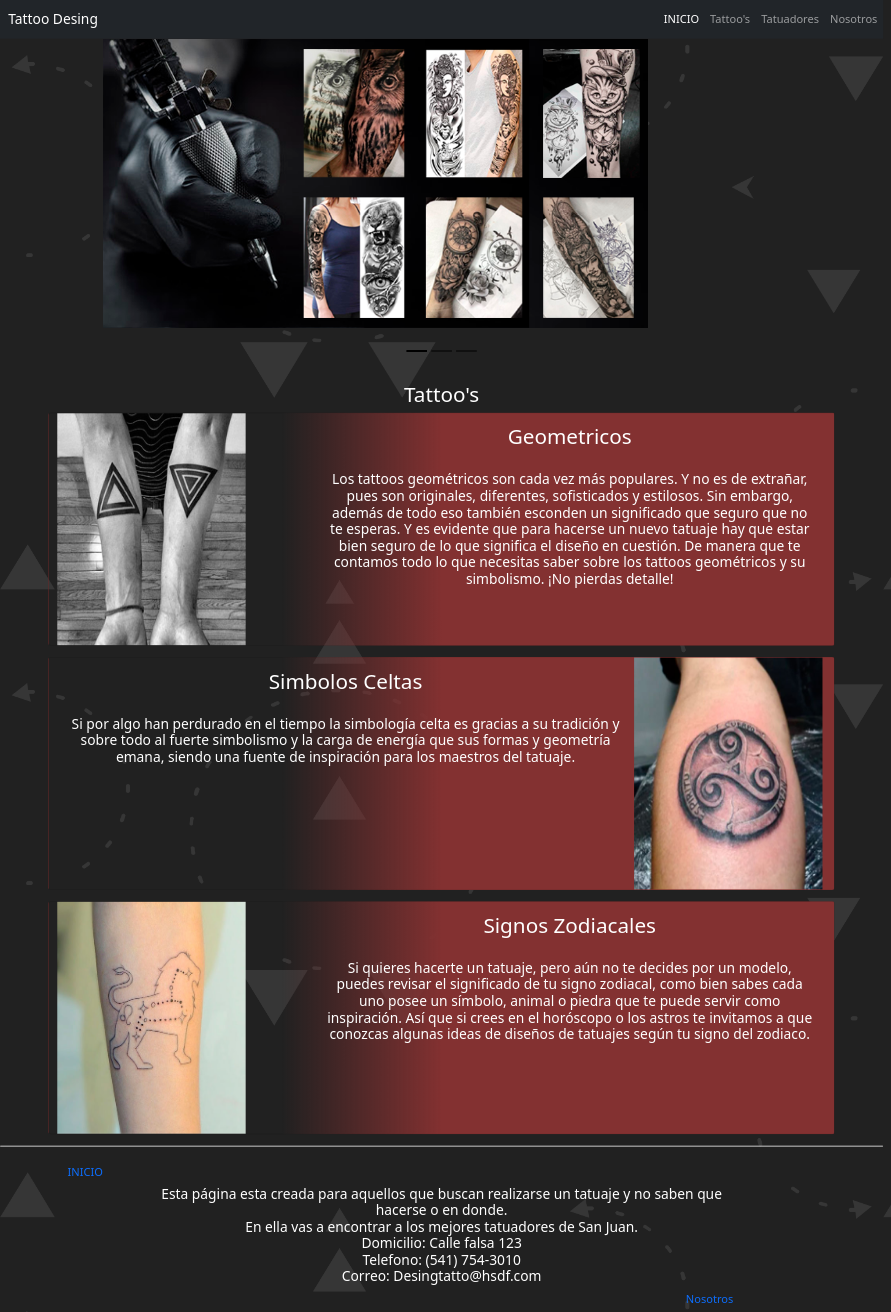
Repository: Vladimir-22/TatooDesign
Page: index.html
An editor plug-in stored every save of this project. The page is shown before and after the next save, followed by the edit.
The browser window is 1280 px wide. The page is 1292 px wide, so the pictures cover 1292 px, including what lies to the right of the window. The pictures show the whole page, at 69% of full size.
Some web libraries are served in a nearby version.

Above is the page before, as saved 2021-05-19 22:53:04.

### index.html
<!DOCTYPE html>
<html lang="es">
  <head>
    <meta charset="UTF-8" />
    <meta http-equiv="X-UA-Compatible" content="IE=edge" />
    <meta name="viewport" content="width=device-width, initial-scale=1.0" />
    <link
      href="https://cdn.jsdelivr.net/npm/bootstrap@5.0.0-beta3/dist/css/bootstrap.min.css"
      rel="stylesheet"
      integrity="sha384-eOJMYsd53ii+scO/bJGFsiCZc+5NDVN2yr8+0RDqr0Ql0h+rP48ckxlpbzKgwra6"
      crossorigin="anonymous"
    />
    <script
      src="https://cdn.jsdelivr.net/npm/bootstrap@5.0.0-beta3/dist/js/bootstrap.bundle.min.js"
      integrity="sha384-JEW9xMcG8R+pH31jmWH6WWP0WintQrMb4s7ZOdauHnUtxwoG2vI5DkLtS3qm9Ekf"
      crossorigin="anonymous"
    ></script>
    <script
      src="https://cdn.jsdelivr.net/npm/bootstrap@5.0.0-beta3/dist/js/bootstrap.bundle.min.js"
      integrity="sha384-JEW9xMcG8R+pH31jmWH6WWP0WintQrMb4s7ZOdauHnUtxwoG2vI5DkLtS3qm9Ekf"
      crossorigin="anonymous"
    ></script>
    <script
      src="https://cdn.jsdelivr.net/npm/@popperjs/core@2.9.1/dist/umd/popper.min.js"
      integrity="sha384-SR1sx49pcuLnqZUnnPwx6FCym0wLsk5JZuNx2bPPENzswTNFaQU1RDvt3wT4gWFG"
      crossorigin="anonymous"
    ></script>
    <script
      src="https://cdn.jsdelivr.net/npm/bootstrap@5.0.0-beta3/dist/js/bootstrap.min.js"
      integrity="sha384-j0CNLUeiqtyaRmlzUHCPZ+Gy5fQu0dQ6eZ/xAww941Ai1SxSY+0EQqNXNE6DZiVc"
      crossorigin="anonymous"
    ></script>
    <link
      rel="stylesheet"
      href="https://use.fontawesome.com/releases/v5.8.1/css/all.css"
      integrity="sha384-50oBUHEmvpQ+1lW4y57PTFmhCaXp0ML5d60M1M7uH2+nqUivzIebhndOJK28anvf"
      crossorigin="anonymous"
    />
    <link rel="stylesheet" href="css/styles.css" />
    <title>Tattoo Desing</title>
  </head>

  <body>
    <nav class="navbar navbar-expand-lg navbar-dark bg-dark">
      <div class="container-fluid">
        <!-- <i class="fas fa-bars"></i> -->

        <div class="col-md-9">
          <a class="navbar-brand" href="#">Tattoo Desing</a>

          <button
            class="navbar-toggler"
            type="button"
            data-bs-toggle="collapse"
            data-bs-target="#navbarNav"
            aria-controls="navbarNav"
            aria-expanded="false"
            aria-label="Toggle navigation"
          >
            <span class="navbar-toggler-icon"></span>
          </button>
        </div>

        <div class="col-md-3 collapse navbar-collapse" id="navbarNav">
          <ul class="navbar-nav">
            <li class="nav-item">
              <a class="nav-link active" aria-current="page" href="#">INICIO</a>
            </li>
            <li class="nav-item">
              <a class="nav-link" href="tattoo's.html">Tattoo's</a>
            </li>
            <li class="nav-item">
              <a class="nav-link" href="tatuadores.html">Tatuadores</a>
            </li>
            <li class="nav-item">
              <a
                class="nav-link"
                href="nosotros.html"
                tabindex="-1"
                aria-disabled="true"
                >Nosotros</a
              >
            </li>
          </ul>
        </div>
      </div>
    </nav>

    <div class="container">
      <div class="row" id="carrusel">
        <div
          id="carouselExampleDark"
          class="carousel carousel-dark slide"
          data-bs-ride="carousel"
        >
          <div class="carousel-indicators">
            <button
              type="button"
              data-bs-target="#carouselExampleDark"
              data-bs-slide-to="0"
              class="active"
              aria-current="true"
              aria-label="Slide 1"
            ></button>
            <button
              type="button"
              data-bs-target="#carouselExampleDark"
              data-bs-slide-to="1"
              aria-label="Slide 2"
            ></button>
            <button
              type="button"
              data-bs-target="#carouselExampleDark"
              data-bs-slide-to="2"
              aria-label="Slide 3"
            ></button>
          </div>

          <div class="carousel-inner">
            <div class="carousel-item active" data-bs-interval="10000">
              <img
                id="imgCarrusel"
                src="./Agos/Carrusel/trae-tu-diseño.png"
                class="d-block w-20"
                alt="..."
              />
              <!-- <div class="carousel-caption d-none d-md-block">
                            <h5>First slide label</h5>
                            <p>Some representative placeholder content for the first slide.</p>
                        </div> -->
            </div>
            <div class="carousel-item" data-bs-interval="4000">
              <img
                id="imgCarrusel"
                src="./Agos/Carrusel/Tendencias.png"
                class="d-block w-20"
                alt="..."
              />
              <!-- <div class="carousel-caption d-none d-md-block">
                            <h5>Second slide label</h5>
                            <p>Some representative placeholder content for the second slide.</p>
                        </div> -->
            </div>
            <div class="carousel-item" data-bs-interval="2000">
              <img
                id="imgCarrusel"
                src="./Agos/Carrusel/Tatuadores-banner.png"
                class="d-block w-20"
                alt="..."
              />
              <!-- <div class="carousel-caption d-none d-md-block">
                            <h5>Third slide label</h5>
                            <p>Some representative placeholder content for the third slide.</p>
                        </div> -->
            </div>
          </div>

          <!-- <button class="carousel-control-prev" type="button" data-bs-target="#carouselExampleDark" data-bs-slide="prev">
                  <span class="carousel-control-prev-icon" aria-hidden="true"></span>
                  <span class="visually-hidden">Previous</span>
                </button>
                <button class="carousel-control-next" type="button" data-bs-target="#carouselExampleDark" data-bs-slide="next">
                  <span class="carousel-control-next-icon" aria-hidden="true"></span>
                  <span class="visually-hidden">Next</span>
                </button> -->
        </div>
      </div>

      <div class="row section2 text-center">
        <h1>Tattoo's</h1>
      </div>

      <div class="row">
        <!-- <div class="card mb-3">
                <img src="./Pedro/Categorías - Signos Zodiacales/Simbolos Celtas.PNG" class="card-img-top" alt="...">
                <div class="card-body">
                    <h5 class="card-title">Card title</h5>
                    <p class="card-text">This is a wider card with supporting text below as a natural lead-in to additional content. This content is a little bit longer.</p>
                    <p class="card-text"><small class="text-muted">Last updated 3 mins ago</small></p>
                </div>
            </div> -->

        <div id="Geometricos" class="card mb-3" style="max-width: auto">
          <div class="row g-0">
            <div class="col-md-4">
              <img
                id="imagen"
                src="./Pedro/Categorías - descripcion inicio/Tatuajes Geometricos.jpg"
                alt="..."
              />
            </div>
            <div class="col-md-8">
              <div class="card-body">
                <h1 class="card-title">Geometricos</h1>
                <br />
                <h5 id="descrip-gral" class="card-text">
                  Los tattoos geométricos son cada vez más populares. Y no es de
                  extrañar, pues son originales, diferentes, sofisticados y
                  estilosos. Sin embargo, además de todo eso también esconden un
                  significado que seguro que no te esperas. Y es evidente que
                  para hacerse un nuevo tatuaje hay que estar bien seguro de lo
                  que significa el diseño en cuestión. De manera que te contamos
                  todo lo que necesitas saber sobre los tattoos geométricos y su
                  simbolismo. ¡No pierdas detalle!
                </h5>
                <!-- <p class="card-text"><small class="text-muted">Última actualización 3 minutos</small></p> -->
              </div>
            </div>
          </div>
        </div>

        <div id="Celtas" class="card mb-3" style="max-width: auto">
          <div class="row g-0">
            <div class="col-md-9">
              <div class="card-body">
                <h1 class="card-title">Simbolos Celtas</h1>
                <br />
                <h5 id="descrip-gral" class="card-text">
                  Si por algo han perdurado en el tiempo la simbología celta es
                  gracias a su tradición y sobre todo al fuerte simbolismo y la
                  carga de energía que sus formas y geometría emana, siendo una
                  fuente de inspiración para los maestros del tatuaje.
                </h5>
                <!-- <p class="card-text"><small class="text-muted">Última actualización 3 minutos</small></p> -->
              </div>
            </div>
            <div class="col-md-3">
              <img
                id="imagen"
                src="./Pedro/Categorías - descripcion inicio/Simbolos Celtas.jpg"
                alt="..."
              />
            </div>
          </div>
        </div>

        <div id="Zodiacales" class="card mb-3" style="max-width: auto">
          <div class="row g-0">
            <div class="col-md-4">
              <img
                id="imagen"
                src="./Pedro/Categorías - descripcion inicio/Signos Zodiacales.jpg"
                alt="..."
              />
            </div>
            <div class="col-md-8">
              <div class="card-body">
                <h1 class="card-title">Signos Zodiacales</h1>
                <br />
                <h5 id="descrip-gral" class="card-text">
                  Si quieres hacerte un tatuaje, pero aún no te decides por un
                  modelo, puedes revisar el significado de tu signo zodiacal,
                  como bien sabes cada uno posee un símbolo, animal o piedra que
                  te puede servir como inspiración. Así que si crees en el
                  horóscopo o los astros te invitamos a que conozcas algunas
                  ideas de diseños de tatuajes según tu signo del zodiaco.
                </h5>
                <!-- <p class="card-text"><small class="text-muted">Última actualización 3 minutos</small></p> -->
              </div>
            </div>
          </div>
        </div>
      </div>
    </div>
  </body>
  <footer>
    <div class="footer" id="footer">
      <div id="footer" class="card mb-3" style="auto"></div>
        <div class="container">
            <div class="row">
                <div class="col">
                        <a class="nav-link active" aria-current="page" href="#">INICIO</a>
                    </div>
                </div>
                <div class="col-md-2"></div>
            </div>
            <div class="row">
                <div class="col"></div>
                <div class="col-md-8">
                    <h5 id="descrip-gral" class="card-text">
                        Esta página esta creada para aquellos que buscan realizarse un
                        tatuaje y no saben que hacerse o en donde. <br>
                        En ella vas a encontrar a los mejores tatuadores de San Juan.<br>
                        Domicilio: Calle falsa 123<br>
                        Telefono: (541) 754-3010<br>
                        Correo: Desingtatto@hsdf.com<br>
                    </h5>
                </div>
                <div class="col"></div>
            </div>
            <div class="row">
                <div class="col"></div>
                <div class="col"></div>
                <div class="col-md-3">
                    <a class="nav-link" href="nosotros.html" tabindex="-1" aria-disabled="true" >Nosotros</a>
                </div>
            </div>
      </div>
    </div>
  </footer>
</html>

### css/styles.css
body {
    margin: 0 !important;
    padding: 0;
    position: relative;
    /*width: 1440px;
    height: 1024px;*/
    background: #212121;
    background-image: url(../Daniela/Background.png);
    background-position: center;
    background-size: contain;
    /* font-family: NanumGothic; */
}

.section2 {
    margin-top: 7%;
    color: white;
}

.section3 {
    margin-top: 3%;
    color: white;
}

h1 {
    font-size: 30px;
}

h2 {
    font-size: 21px;
}

h3 {
    font-size: 18px;
}

h1,
h2,
h3 {
    color: white;
    text-align: center;
}
h5{
    color: white;
    text-align: center;
    font-weight:100;
}


/*.card img {
    width: 30%;
    height: 30%;
    align-content: center;
} */

nav {
    position: absolute;
    left: 0% !important;
    right: 0% !important;
    top: 0% !important;
    bottom: 0% !important;
    background: #000000 !important;
}

.carousel-indicators {
    left: 0% !important;
    right: 0% !important;
    top: 105% !important;
    bottom: 0% !important;
    margin-top: 0% !important;
}

.carousel-inner {
    left: 6% !important;
    right: 0% !important;
    top: 0% !important;
}



#Geometricos,
#Celtas,
#Zodiacales{
    background: linear-gradient(270deg, #833131 50%, rgba(131, 49, 49, 0) 70.34%);
    border-radius: 4px;
}

#nosotros
{
    background: none;
}

#descrip-gral {
    color: white;
}

#imagen {
    width: 273px;
    height: 336px;
}

#Celtas #imagen {
    right: 100% !important;
    top: 660px;
}

After the next save:
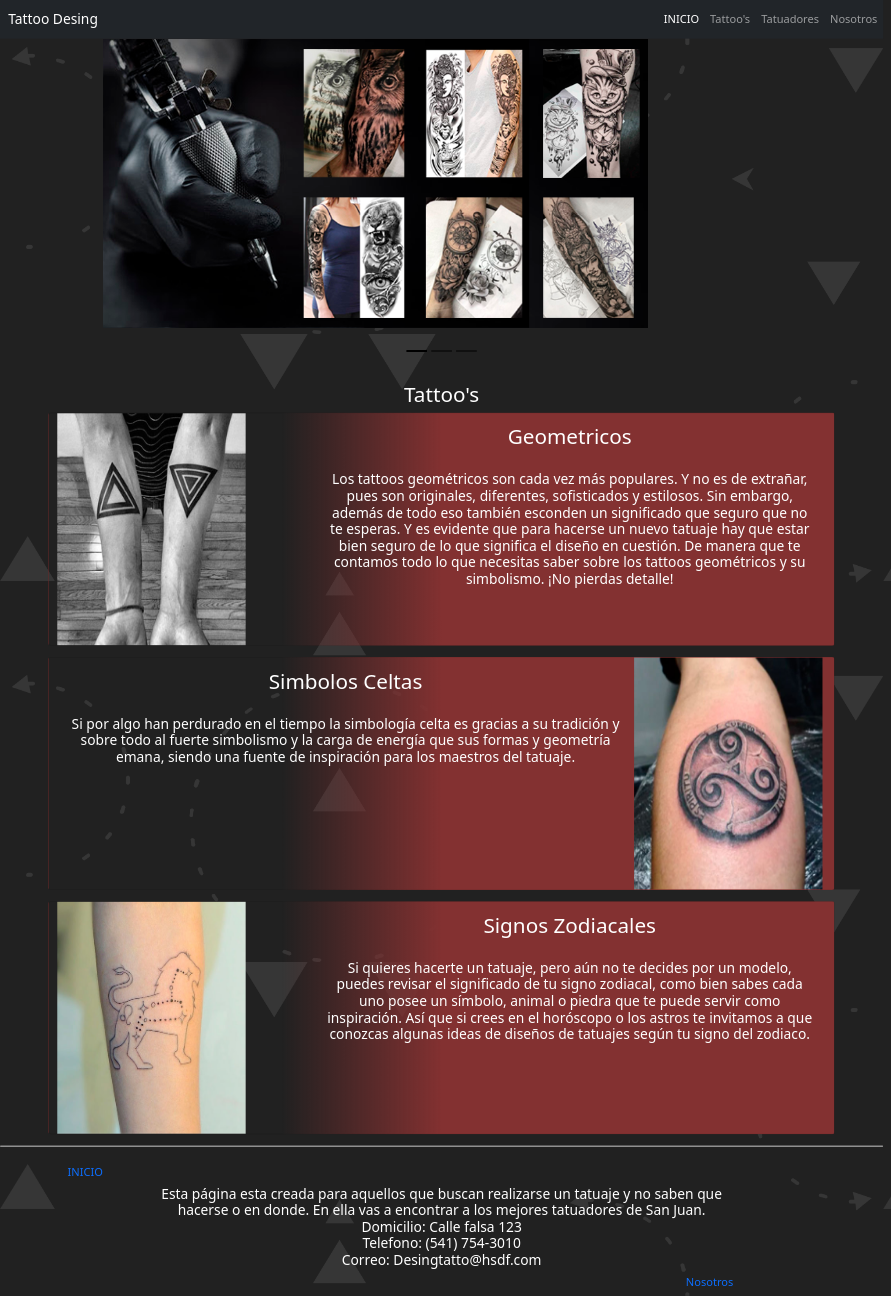
Saved 24 s later.
--- a/index.html
+++ b/index.html
@@ -279,8 +279,7 @@
                 <div class="col-md-8">
                     <h5 id="descrip-gral" class="card-text">
                         Esta página esta creada para aquellos que buscan realizarse un
-                        tatuaje y no saben que hacerse o en donde. <br>
-                        En ella vas a encontrar a los mejores tatuadores de San Juan.<br>
+                        tatuaje y no saben que hacerse o en donde. En ella vas a encontrar a los mejores tatuadores de San Juan.<br>
                         Domicilio: Calle falsa 123<br>
                         Telefono: (541) 754-3010<br>
                         Correo: Desingtatto@hsdf.com<br>
